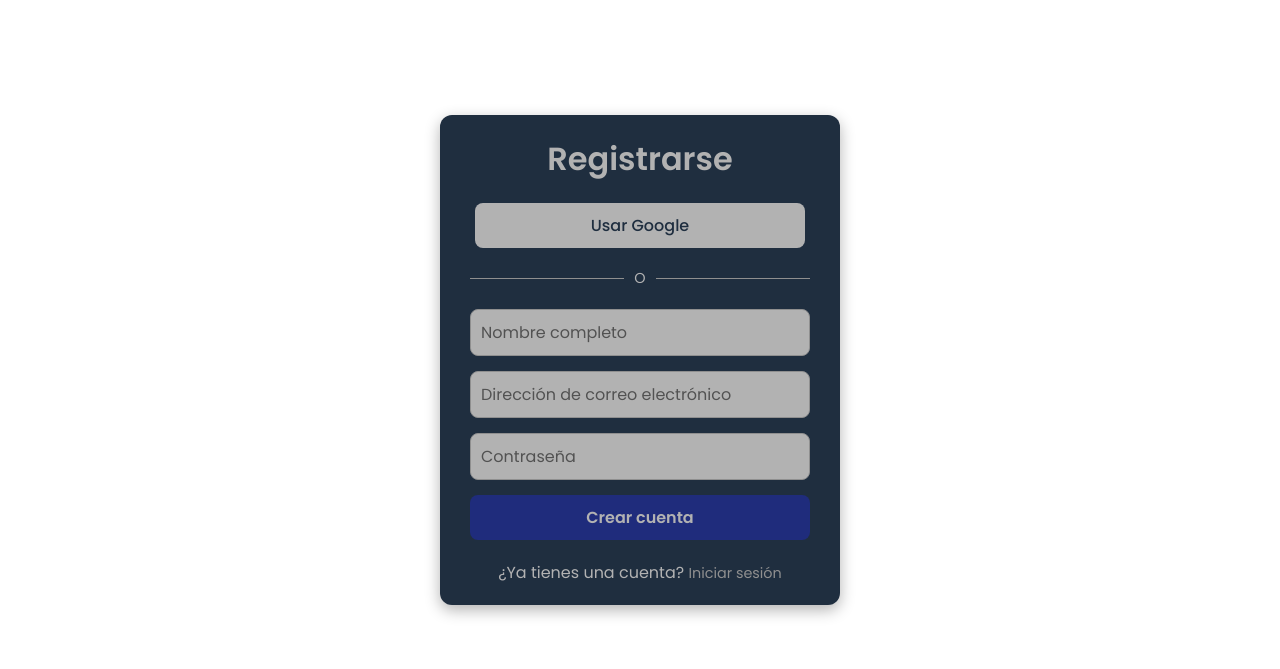
Repository: ct24paolagonzalez/Maquetacion-ABA
Page: Nueva carpeta/signup.html
An editor plug-in stored every save of this project. The page is shown before and after the next save, followed by the edit.
The browser window is 1280 px wide. The pictures show the whole page.

Above is the page before, as saved 2025-01-24 16:09:11.

### Nueva carpeta/signup.html
<!DOCTYPE html>
<html lang="en">
<head>
    <meta charset="UTF-8">
    <meta name="viewport" content="width=device-width, initial-scale=1.0">
    <title>Signup/Login Form</title>
    <link href="https://fonts.googleapis.com/css2?family=Poppins:wght@300;400;500;600;700;800&display=swap" rel="stylesheet">
    <style>
        * {
            margin: 0;
            padding: 0;
            box-sizing: border-box;
            font-family: 'Poppins', sans-serif;
        }

        body {
            display: flex;
            justify-content: center;
            align-items: center;
            height: 100vh;
            background-color: white ;
            background-size: cover;
            background-position: center;
            filter: brightness(70%) saturate(120%);
        }

        .container {
            position: relative;
            width: 400px;
            padding: 20px 30px;
            background-color: #2F4156;
            border-radius: 12px;
            box-shadow: 0 5px 15px rgba(0, 0, 0, 0.3);
            color: white;
        }

        .container header {
            font-size: 2rem;
            text-align: center;
            margin-bottom: 20px;
            font-weight: 600;
        }

        .social-buttons {
            display: flex;
            justify-content: space-between;
            margin-bottom: 20px;
        }

        .social-buttons button {
            flex: 1;
            margin: 0 5px;
            padding: 10px;
            border: none;
            border-radius: 8px;
            font-size: 1rem;
            background: white;
            color: #2F4156;
            font-weight: 500;
            cursor: pointer;
        }

        .separator {
            display: flex;
            align-items: center;
            margin: 20px 0;
        }

        .separator .line {
            flex: 1;
            height: 1px;
            background: #ccc;
        }

        .separator p {
            margin: 0 10px;
            color: white;
            font-size: 0.9rem;
        }

        form {
            display: flex;
            flex-direction: column;
        }

        form input {
            margin-bottom: 15px;
            padding: 10px;
            font-size: 1rem;
            border: 1px solid #ccc;
            border-radius: 8px;
            outline: none;
        }

        form .btn {
            padding: 10px;
            font-size: 1rem;
            border: none;
            border-radius: 8px;
            background: #303f9f;
            color: white;
            font-weight: 600;
            cursor: pointer;
            transition: background 0.3s ease;
        }

        form .btn:hover {
            background: #1d2b70;
        }

        .switch {
            text-align: center;
            margin-top: 20px;
        }

        .switch a {
            color: #ccc;
            text-decoration: none;
            font-size: 0.9rem;
        }

        .switch a:hover {
            color: white;
        }
    </style>
</head>
<body>
    <div class="container">
        <header>Registrarse</header>
        <div class="social-buttons">
            <button>Usar Google</button>
        </div>
        <div class="separator">
            <div class="line"></div>
            <p>O</p>
            <div class="line"></div>
        </div>
        <form>
            <input type="text" placeholder="Nombre completo">
         <input type="email" placeholder="Dirección de correo electrónico">
            <input type="password" placeholder="Contraseña">
            <button class="btn">Crear cuenta</button>
        </form>
        <div class="switch">




            <p>¿Ya tienes una cuenta? <a href="#">Iniciar sesión</a></p>
        </div>
    </div>
</body>
</html>

After the next save:
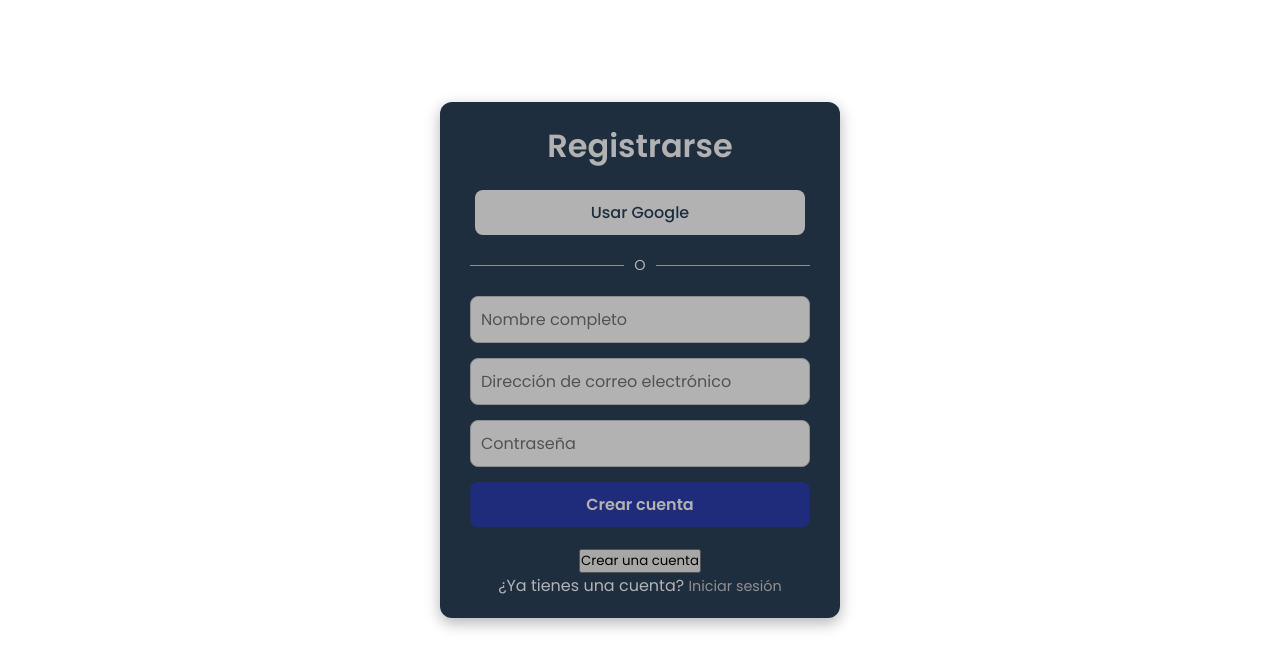
Saved 4 s later.
--- a/Nueva carpeta/signup.html
+++ b/Nueva carpeta/signup.html
@@ -144,7 +144,9 @@
         <div class="switch">
 
 
-
+ <div class="button-container">
+        <button class="button" onclick="window.open ('signup.html', '_blank')">Crear una cuenta</button>
+    </div>
 
             <p>¿Ya tienes una cuenta? <a href="#">Iniciar sesión</a></p>
         </div>
